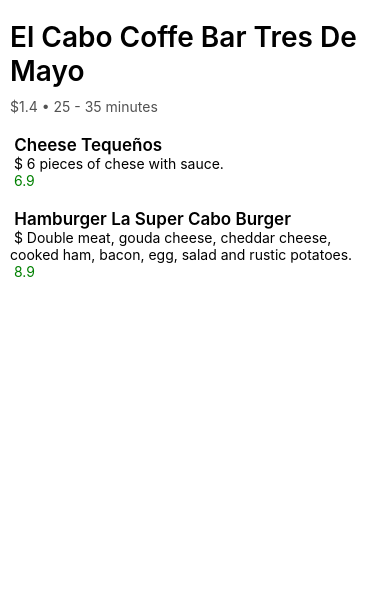
Repository: leroy-netizen/rn-uber-eats-client
Screen: /
These files come from the project's save history. The screen is drawn as it stood at one moment and after the next save; the edit follows.
The pictures show rows 234 to 844 of an output 844 px tall.
The app was drawn by React Native's web renderer in a window 390 px wide. The project was rebuilt for these pictures with package versions that can differ from the ones it lists, and the page was loaded fresh each time. Also part of the build but not shown: src/components/restaurantItem/RestaurantItem.jsx, src/screens/HomeScreen/index.js.

Above is the screen before, as saved 2023-01-16 16:37:19.

### App.js
import { StatusBar } from "expo-status-bar";
import { StyleSheet, Text, View, FlatList } from "react-native";
import HomeScreen from "./src/screens/HomeScreen/index.js";
import RestaurantDetails from "./src/screens/ResturantDetailsScreen/index.js";
export default function App() {
  return (
    <View style={styles.container}>
      {/* <HomeScreen /> */}
      <RestaurantDetails />
      <StatusBar style="light" />
    </View>
  );
}

const styles = StyleSheet.create({
  container: {
    flex: 1,
    backgroundColor: "#fff",
    alignItems: "center",
    justifyContent: "center",
    // padding: 10,
    // paddingVertical: 30,
  },
});

### src/screens/ResturantDetailsScreen/index.js
import { View, Text, Image, StyleSheet, FlatList } from "react-native";
import { Ionicons } from "@expo/vector-icons";
import restaurants from "../../../assets/data/restaurants.json";
import DishListItem from "../../components/DishListItem";
const restaurant = restaurants[0];
const RestaurantDetails = () => {
  return (
    <View style={styles.page}>
      <Image
        source={{ uri: restaurant.image }}
        style={styles.image}
        resizeMode="cover"
      />
      <View style={styles.iconContainer}>
        <Ionicons name="arrow-back-circle" size={35} color="white" />
      </View>
      <View style={styles.container}>
        <Text style={styles.title}>{restaurant.name}</Text>
        <Text style={styles.subtitle}>
          ${restaurant.deliveryFee} &#8226; {restaurant.minDeliveryTime} -{" "}
          {restaurant.maxDeliveryTime} minutes
        </Text>
          </View>
          <DishListItem dish={ restaurant.dishes[0]} />
          <DishListItem dish={ restaurant.dishes[1]} />
    </View>
  );
};

const styles = StyleSheet.create({
  page: {
    flex: 1,
  },
  image: {
    width: "100%",
    aspectRatio: 5 / 3,
  },
  iconContainer: {
    position: "absolute",
    top: 35,
    left: 15,
  },
  container: {
    margin: 10,
  },
  title: {
    fontWeight: "600",
    fontSize: 28,
    marginVertical: 10,
  },
  subtitle: {
    color: "#525252",
  },
});

export default RestaurantDetails;

### assets/data/restaurants.json
[
  {
    "id": "1",
    "name": "El Cabo Coffe Bar Tres De Mayo",
    "deliveryFee": 1.4,
    "minDeliveryTime": 25,
    "maxDeliveryTime": 35,
    "rating": 4.0,
    "image": "https://notjustdev-dummy.s3.us-east-2.amazonaws.com/uber-eats/restaurant1.jpeg",
    "dishes": [
      {
        "name": "Cheese Tequeños",
        "description": "6 pieces of chese with sauce.",
        "price": 6.9,
        "image": "https://notjustdev-dummy.s3.us-east-2.amazonaws.com/uber-eats/restaurant2.jpeg"
      },
      {
        "name": "Hamburger La Super Cabo Burger",
        "description": "Double meat, gouda cheese, cheddar cheese, cooked ham, bacon, egg, salad and rustic potatoes.",
        "price": 8.9,
        "image": "https://notjustdev-dummy.s3.us-east-2.amazonaws.com/uber-eats/restaurant3.jpeg"
      },
      {
        "name": "U.S.A. Burger",
        "description": "Beef, gouda cheese, cheddar cheese, cooked ham, bacon, egg and salad.",
        "price": 5.4
      },
      {
        "name": "Slices of Llanero Cheese",
        "description": "Ripe plantain with cheese and palm honey.",
        "price": 5.9
      },
      {
        "name": "Papas Locas El Cabo",
        "description": "French fries with shredded chicken, gouda cheese and ham.",
        "price": 7.9
      }
    ]
  },
  {
    "id": "2",
    "name": "Tony Roma's - C.C. Meridiano",
    "deliveryFee": 0.4,
    "minDeliveryTime": 25,
    "maxDeliveryTime": 35,
    "rating": 4.7,
    "image": "https://notjustdev-dummy.s3.us-east-2.amazonaws.com/uber-eats/restaurant2.jpeg",
    "dishes": [
      {
        "name": "Cajun Ribs",
        "description": "For lovers of a spicy touch. Ribs bathed in our Original sauce accompanied by Cajun spices. Served with French fries and coleslaw.",
        "price": 18.95
      },
      {
        "name": "The Original Baby Backs",
        "description": "The house specialty. Pork ribs cooked on the barbecue and marinated with our original barbecue sauce. Served with French fries and coleslaw.",
        "price": 19.95
      },
      {
        "name": "Carolina Honey",
        "description": "Our famous ribs marinated with our Carolina honey sauce, a mixture of honey with our original sauce. Ideal for those looking for a sweet touch. Served with French fries and coleslaw.",
        "price": 18.95,
        "image": "https://notjustdev-dummy.s3.us-east-2.amazonaws.com/uber-eats/restaurant2.jpeg"
      },
      {
        "name": "Onion Rings",
        "description": "Los tradicionales aros de cebolla de tony roma's dorados, crujientes y ligeros. Únicos en el mundo, acompañados de salsa BBQ.",
        "price": 6.95
      },
      {
        "name": "Nachos Tony Roma's",
        "description": "The best selling nachos! with our blend of melted cheeses, accompanied by guacamole, crispy bacon, ranch beans, and sour cream.",
        "price": 10.95
      }
    ]
  },
  {
    "id": "3",
    "name": "Brothers Barbecue",
    "deliveryFee": 1.4,
    "minDeliveryTime": 20,
    "maxDeliveryTime": 30,
    "rating": 4.3,
    "image": "https://notjustdev-dummy.s3.us-east-2.amazonaws.com/uber-eats/restaurant3.jpeg",
    "dishes": [
      {
        "name": "Burger Mustang",
        "description": "Homemade bread, burger sauce, lettuce, sweet and sour pickle, bacon, cheddar and BBQ sauce. Beef 180 grams.",
        "price": 5.9
      },
      {
        "name": "Alabama bread",
        "description": "Artisan bread, butter sauce, garlic, BBQ chicken and cheddar.",
        "price": 3.0
      },
      {
        "name": "New York Burger",
        "description": "Homemade bread, lettuce, burger sauce, 180 grams of beef, goat cheese and roasted apple.",
        "price": 5.9
      },
      {
        "name": "Mac & Cheese Burger",
        "description": "Homemade bread, lettuce, burger sauce, 180 grams of beef, mac and cheese, and American-style bacon.",
        "price": 5.9
      },
      {
        "name": "Nachos Brothers",
        "description": "Nachos, guacamole, cheddar sauce, beans, bacon, and cream cheese.",
        "price": 5.2
      }
    ]
  },
  {
    "id": "4",
    "name": "Hamburguesa Nostra La Salle",
    "deliveryFee": 0.9,
    "minDeliveryTime": 30,
    "maxDeliveryTime": 40,
    "rating": 4.5,
    "image": "https://notjustdev-dummy.s3.us-east-2.amazonaws.com/uber-eats/restaurant4.jpeg",
    "dishes": [
      {
        "name": "English burger",
        "description": "Beef with bacon, portobello mushrooms, tomato, cheddar cheese, grilled egg and our smoked sauce.",
        "price": 14.9
      },
      {
        "name": "Mexican Burger",
        "description": "Beef, with pico de gallo, veggie chili, cheddar cheese, guacamole and smoked sauce.",
        "price": 14.9
      },
      {
        "name": "Tequeños",
        "description": "Crispy sticks filled with melted cheese accompanied by tomato chutney.",
        "price": 9.9
      },
      {
        "name": "Starters Combo",
        "description": "Tequeños, crispy onion and chicken delicacies.",
        "price": 13.9
      },
      {
        "name": "Cesar Salad",
        "description": "Green sprouts, pieces of grilled bacon, chicken delicacies, grated Parmesan, muffin croutons and fried onion confetti dressed with Caesar sauce.",
        "price": 10.5
      }
    ]
  }
]

### src/components/DishListItem/index.js
import { View, Image, Text, FlatList, StyleSheet } from "react-native";

const DishListItem = ({ dish }) => {
  return (
    <View style={styles.container}>
      <Text style={styles.name}> {dish.name}</Text>
      <Text stle={styles.description}> $ {dish.description}</Text>
      <Text style={styles.price}> {dish.price}</Text>
    </View>
  );
};

const styles = StyleSheet.create({
  container: {
    margin: 10,
  },
  name: {
    fontSize: 17,
    fontWeight: "600",
  },
  price: {
    color: "green",
  },
  description: {
      color: "gray",
      marginVertical: 30
  },
});
export default DishListItem;

After the next save:
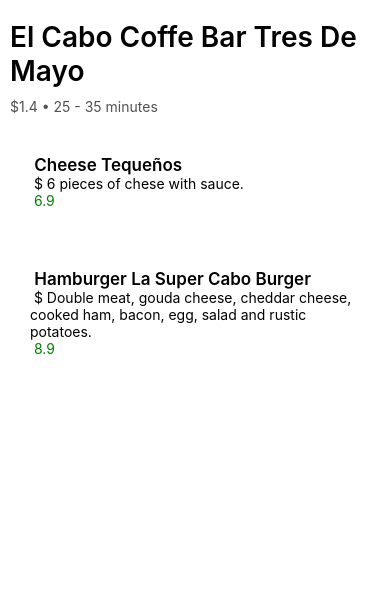
Saved 51 s later.
--- a/src/components/DishListItem/index.js
+++ b/src/components/DishListItem/index.js
@@ -12,7 +12,7 @@
 
 const styles = StyleSheet.create({
   container: {
-    margin: 10,
+    margin: 30,
   },
   name: {
     fontSize: 17,

After the save that followed:
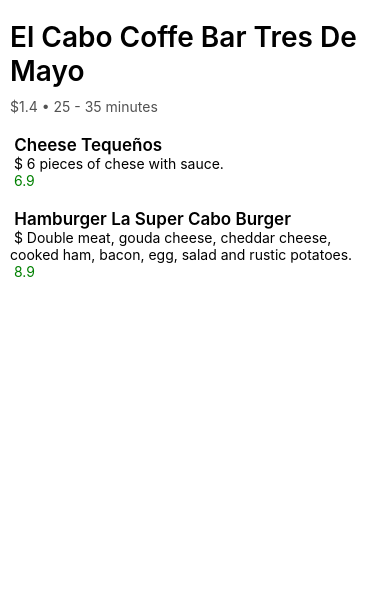
Saved 5 s later.
--- a/src/components/DishListItem/index.js
+++ b/src/components/DishListItem/index.js
@@ -12,7 +12,7 @@
 
 const styles = StyleSheet.create({
   container: {
-    margin: 30,
+    margin: 10,
   },
   name: {
     fontSize: 17,
